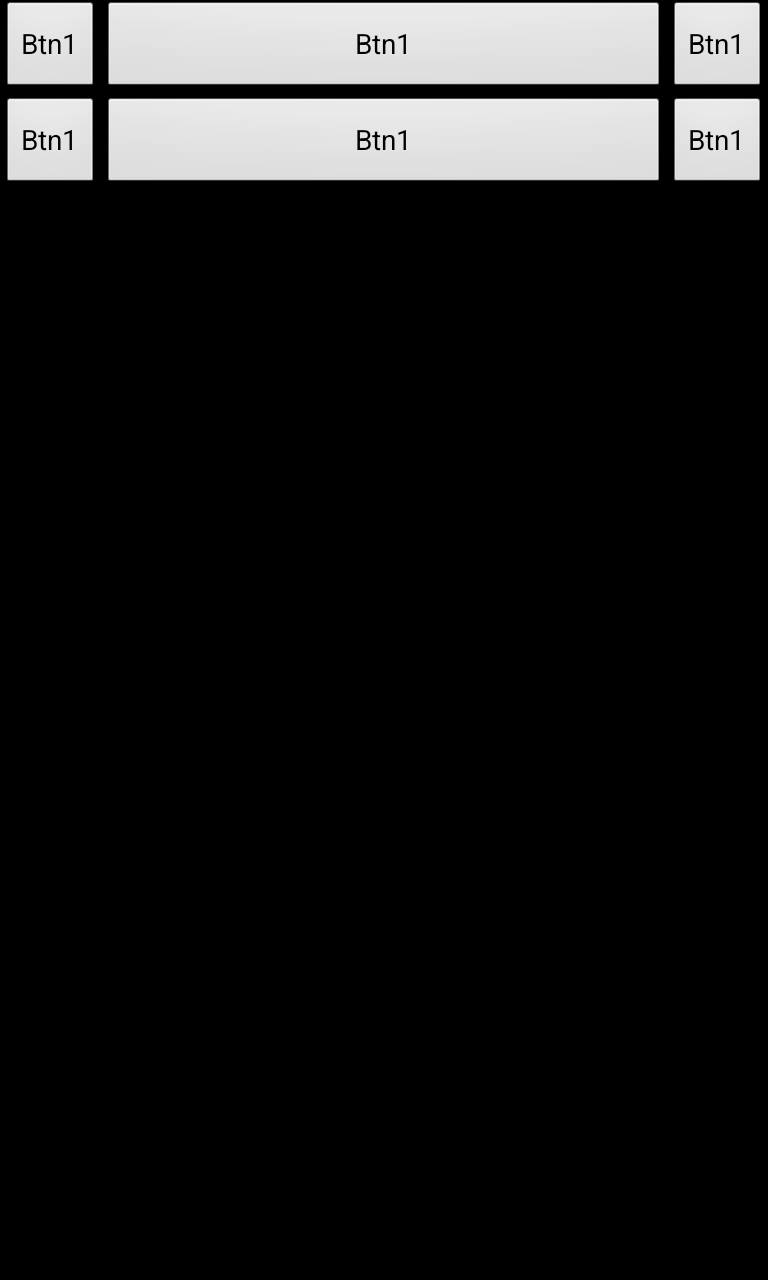
Repository: fangbao/Google_Android
Layout: Android_space/12.TableLayout/res/layout/main.xml
These files come from the project's save history. The layout is drawn as it stood at one moment and after the next save; the edit follows.
It is drawn on a 768 x 1280 px phone screen (xhdpi) without system bars, with theme android:Theme; the app's code is not run.

Above is the layout before, as saved 2011-12-25 04:14:50.

### Android_space/12.TableLayout/res/layout/main.xml
<?xml version="1.0" encoding="utf-8"?>
<TableLayout xmlns:android="http://schemas.android.com/apk/res/android"
    android:layout_width="fill_parent"
    android:layout_height="fill_parent"
    android:stretchColumns="1">

    <TableRow>

        <Button android:text="Btn1" />

        <Button android:text="Btn1" />

        <Button android:text="Btn1" />
    </TableRow>

    <TableRow>

        <Button android:text="Btn1" />

        <Button android:text="Btn1" />

        <Button android:text="Btn1" />
    </TableRow>

</TableLayout>

After the next save:
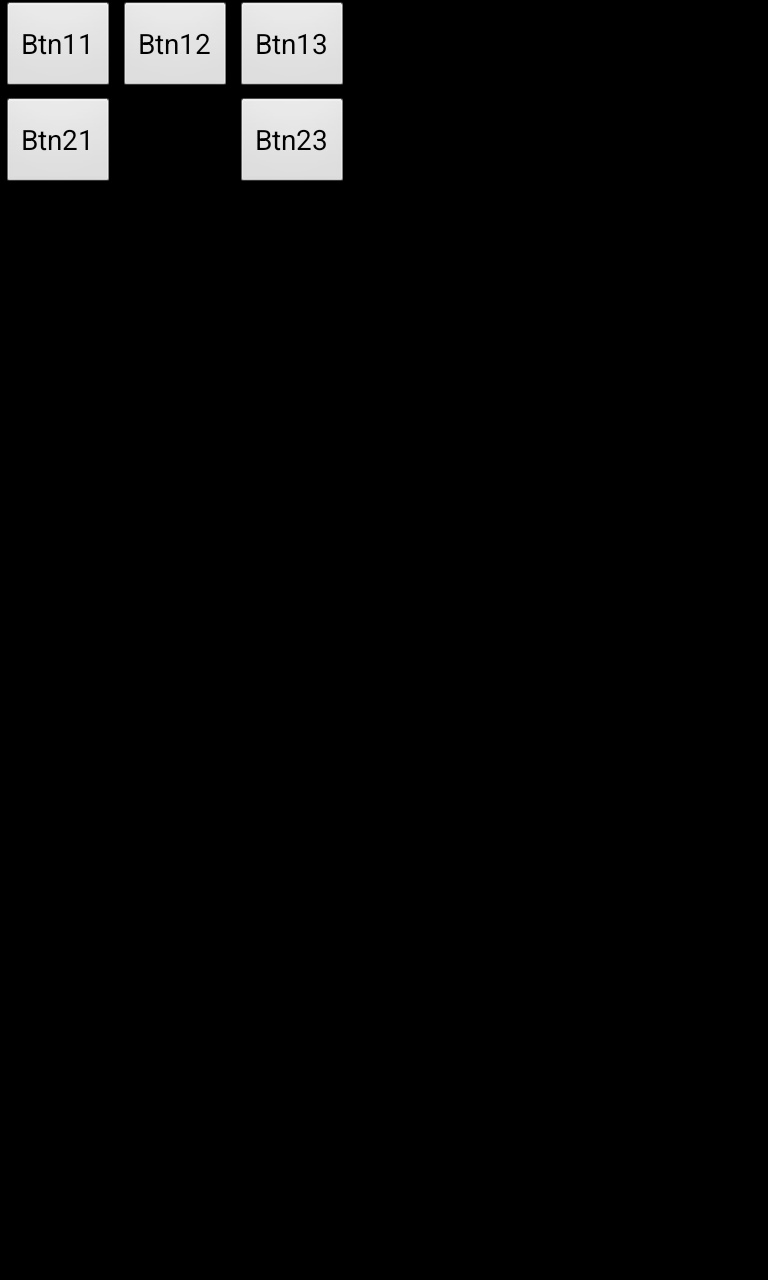
Saved 3 min 30 s later.
--- a/Android_space/12.TableLayout/res/layout/main.xml
+++ b/Android_space/12.TableLayout/res/layout/main.xml
@@ -1,25 +1,24 @@
 <?xml version="1.0" encoding="utf-8"?>
 <TableLayout xmlns:android="http://schemas.android.com/apk/res/android"
     android:layout_width="fill_parent"
-    android:layout_height="fill_parent"
-    android:stretchColumns="1">
+    android:layout_height="fill_parent" >
 
     <TableRow>
 
-        <Button android:text="Btn1" />
+        <Button android:text="Btn11" />
 
-        <Button android:text="Btn1" />
+        <Button android:text="Btn12" />
 
-        <Button android:text="Btn1" />
+        <Button android:text="Btn13" />
     </TableRow>
 
     <TableRow>
 
-        <Button android:text="Btn1" />
+        <Button android:text="Btn21" />
 
-        <Button android:text="Btn1" />
-
-        <Button android:text="Btn1" />
+        <Button
+            android:layout_column="2"
+            android:text="Btn23" />
     </TableRow>
 
 </TableLayout>
